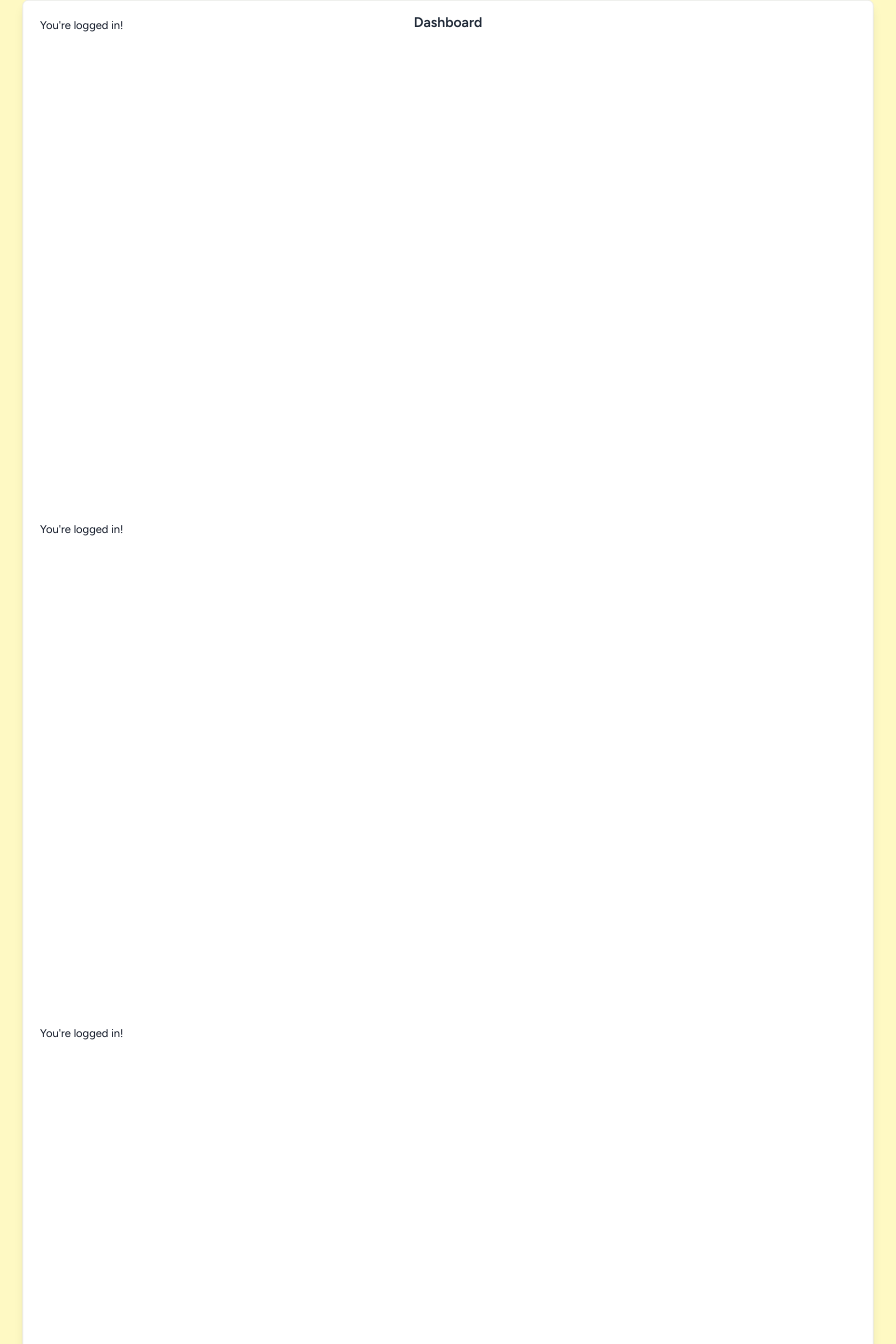
Repository: RudyAnconi/grocery
Page: resources/views/dashboard.blade.php
These files come from the project's save history. The page is drawn as it stood at one moment and after the next save; the edit follows.
The browser window is 1280 px wide. The pictures show the part of the page from y = 0 to 1920 px (the page is 5090 px tall), at 70% of full size.
The page is served by the project's Laravel application, run on PHP 8.4 with Laravel 12. Style sheets and scripts are compiled from the project's sources, by tool versions that may differ from the author's. The template is opened directly, without the code that normally fills it, so the values that code supplies are empty.

Above is the page before, as saved 2024-06-07 20:43:58.

After the next save:
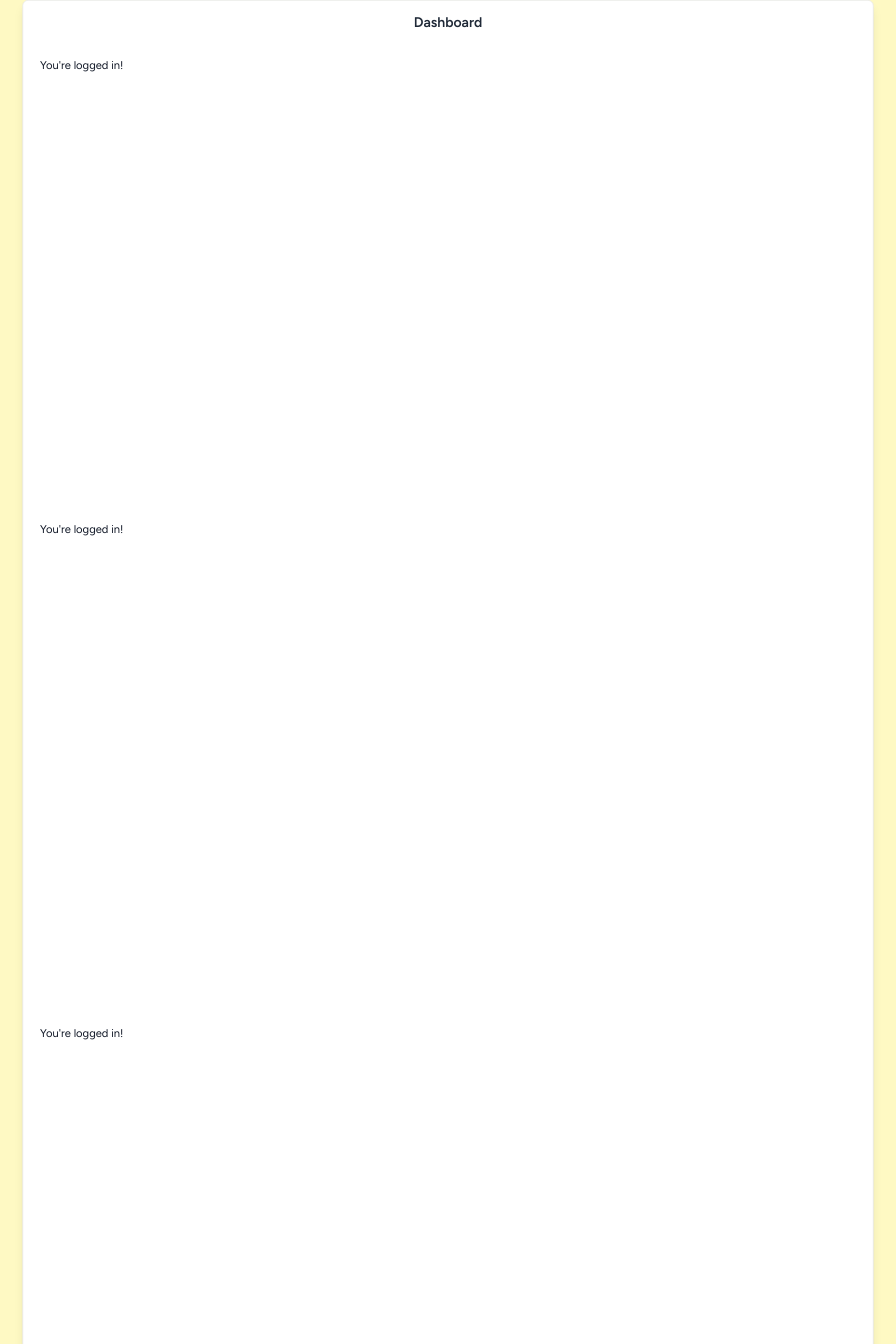
Saved 20 s later.
--- a/resources/views/dashboard.blade.php
+++ b/resources/views/dashboard.blade.php
@@ -8,7 +8,7 @@
     <div class="pb-12">
         <div class="max-w-7xl mx-auto sm:px-6 lg:px-8">
             <div class="bg-white overflow-hidden shadow-lg border border-gray-200 sm:rounded-lg">
-                <div class="p-6 text-gray-900 h-screen">
+                <div class="p-6 text-gray-900 h-screen pt-20">
                     {{ __("You're logged in!") }}
                 </div>
                 <div class="p-6 text-gray-900 h-screen">
